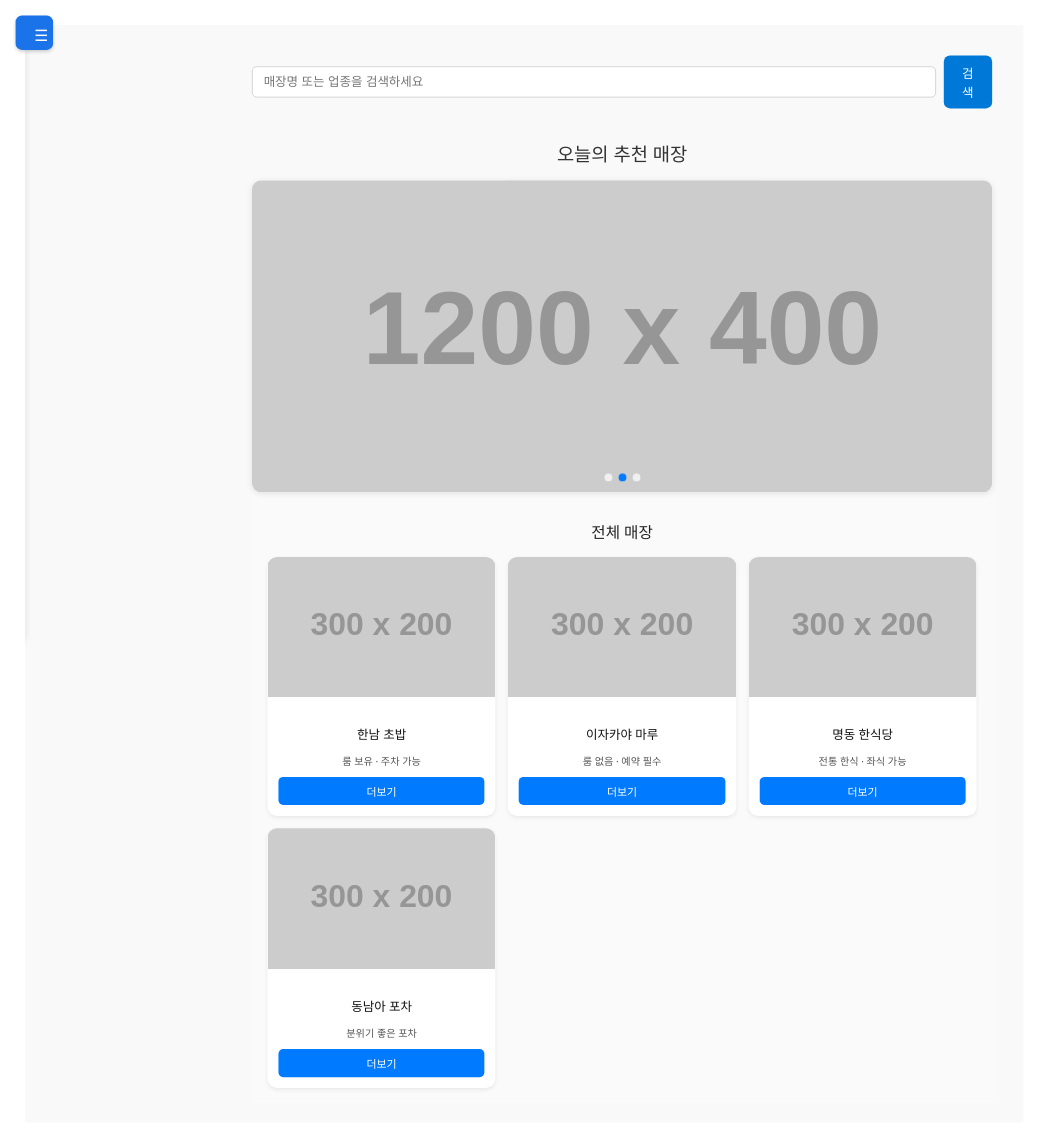
Repository: noiredex/Choplan-API
Page: / (app in choplan/frontend_main/)
These files come from the project's save history. The page is drawn as it stood at one moment and after the next save; the edit follows.
The browser window is 1280 px wide. The page is 1344 px wide, so the pictures cover 1344 px, including what lies to the right of the window. The pictures show the whole page, at 78% of full size.
The project was rebuilt for these pictures with package versions that can differ from the ones it lists, and the page was loaded fresh each time. Also part of the build but not shown: choplan/frontend_main/vite.config.js, choplan/frontend_main/vite.config.ts, choplan/frontend_main/src/styles/StoreDetailPage.css, choplan/frontend_main/src/pages/StoreDetailPage.jsx.

Above is the page before, as saved 2025-10-23 15:55:08.

After the next save:
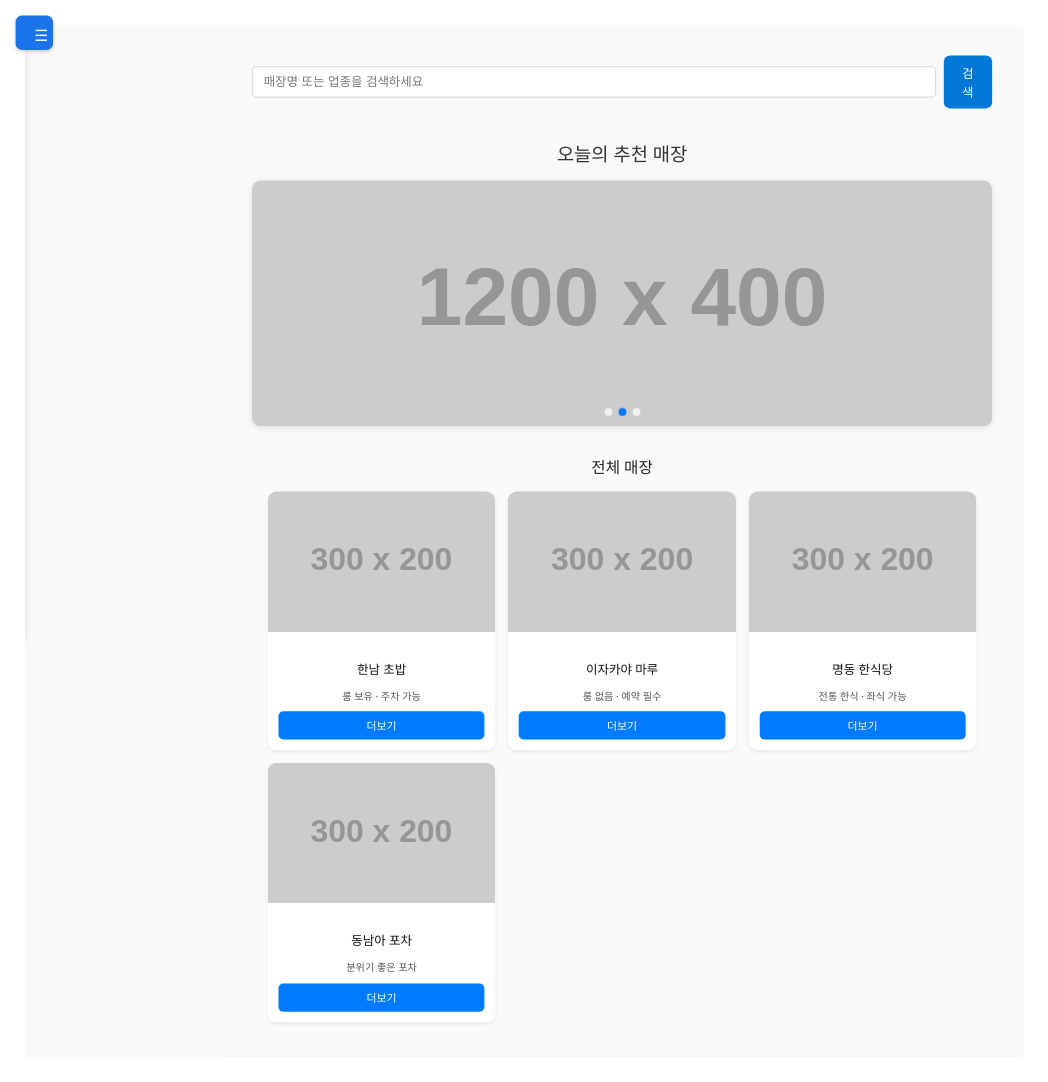
Saved 61 s later.
--- a/choplan/frontend_main/src/styles/HomePage.css
+++ b/choplan/frontend_main/src/styles/HomePage.css
@@ -93,6 +93,13 @@
   flex-shrink: 0;
 }
 
+.banner-section .swiper-slide img {
+  width: 100%;
+  height: 100%;
+  object-fit: cover;
+  display: block;
+}
+
 /* ===== PC / 데스크탑 (>=1025px) ===== */
 @media (min-width: 1025px) {
   .home-container {
